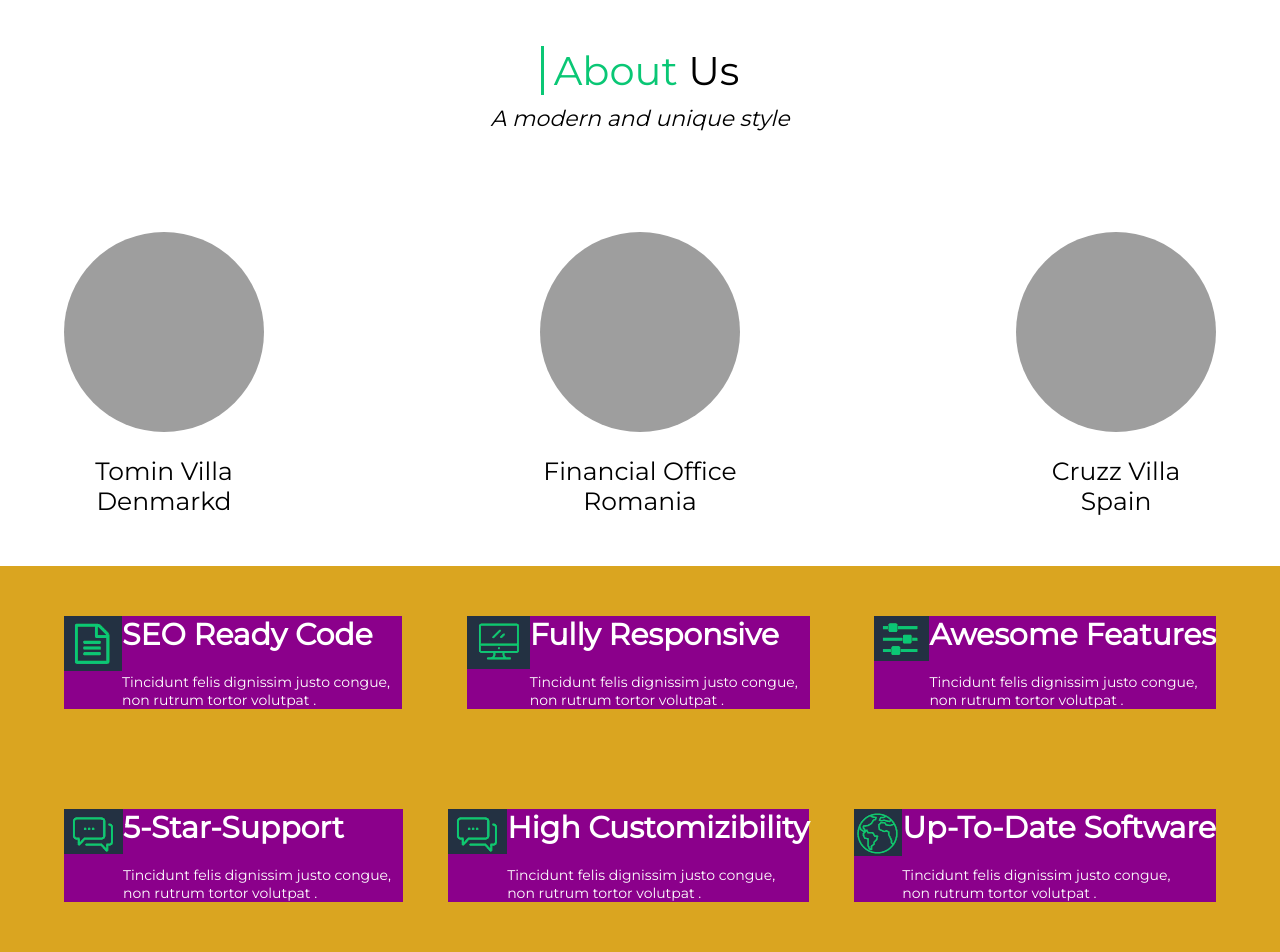
Repository: Yowani24/Real-Estate2
Page: index.html
The author's editor kept a copy of each file at every save. The page is drawn from the files as they stood at one save, then again after the next save.
The browser window is 1280 px wide. The pictures show the part of the page from y = 809 to 1761 px (the page is 1761 px tall before and 1733 px after).
Pictures or frames that could not be fetched are drawn as grey boxes. Some web fonts or font styles are not loaded; a fallback is used.

Above is the page before, as saved 2021-08-27 14:30:39.

### index.html
<!DOCTYPE html>
<html lang="en">
<head>
    <meta charset="UTF-8">
    <meta http-equiv="X-UA-Compatible" content="IE=edge">
    <meta name="viewport" content="width=device-width, initial-scale=1.0">
    <title>Real State</title>
    <link rel="stylesheet" href="styles.css">

    <!-- ============FONT-FAMILY============== -->
    <link rel="preconnect" href="https://fonts.googleapis.com">
    <link rel="preconnect" href="https://fonts.gstatic.com" crossorigin>
    <link href="https://fonts.googleapis.com/css2?family=Montserrat&family=Rozha+One&display=swap" rel="stylesheet">

    <!-- ======================VUELS CDN=================== -->
    <script src="https://cdn.jsdelivr.net/npm/vue@2"></script>

</head>
<body>
    <Header>
        <div class="interface_wrapper header_wrapper">
            <div class="logo_box">
                <img src="/images/realLogo.png" alt="">
                <p><span>Real</span> Estate</p>
            </div>

            <div class="menu">
                <nav>
                    <ul>
                        <li><a href="#">Home</a></li>
                        <li><a href="#">About</a></li>
                        <li><a href="#">Agents</a></li>
                        <li><a href="#">Price</a></li>
                        <li><a href="#">Blog</a></li>
                    </ul>
                </nav>
            </div>
        </div>
    </Header>

    <section class="showcase_sec">
        <div class="interface_wrapper showcase">
            <p>Give Life For Your <br/>Dream <span>Home</span></p>
            <p>Always on the lookout for the hi-tech advancements.  Build not only a product that can sell well, but a platform through which to deliver it.</p>

            <div class="btns_box">
                <button>Read more</button>
                <button>Contact Us</button>
            </div>
        </div>
    </section>

    <section class="about_us_sec">
        <div class="interface_wrapper about_us">
            <p><span>About</span> Us</p>
            <p>A modern and unique style </p>

            <div id="app">
                <div v-for="item in items">
                    <img :src="item.ima" alt="">
                    <p>{{item.desc}}</p>
                </div>
            </div>
        </div>
    </section>

    <section class="services_sec">
        <div id="services" class="interface_wrapper services">
            <div class="services_box" v-for="item in items">
                <img :src="item.ima" alt="">
                <div>
                    <h3>{{item.titulo}}</h3>
                    <p>{{item.desc}}</p>
                </div>
            </div>
        </div>
    </section>

    <script>
        var app = new Vue({
            el: '#app',
            data: {
                items: [
                    {ima:'https://images.unsplash.com/photo-1583231684537-bd79dc887244?ixlib=rb-1.2.1&ixid=MnwxMjA3fDB8MHxwaG90by1yZWxhdGVkfDZ8fHxlbnwwfHx8fA%3D%3D&auto=format&fit=crop&w=500&q=60', desc:'Tomin Villa Denmarkd'},
                    {ima:'https://images.unsplash.com/photo-1613490493576-7fde63acd811?ixlib=rb-1.2.1&ixid=MnwxMjA3fDB8MHxwaG90by1yZWxhdGVkfDV8fHxlbnwwfHx8fA%3D%3D&auto=format&fit=crop&w=500&q=60', desc:'Financial Office Romania'},
                    {ima:'https://images.unsplash.com/photo-1416331108676-a22ccb276e35?ixlib=rb-1.2.1&ixid=MnwxMjA3fDB8MHxwaG90by1yZWxhdGVkfDJ8fHxlbnwwfHx8fA%3D%3D&auto=format&fit=crop&w=500&q=60', desc:'Cruzz Villa Spain'},
                ]
            }
        });

        var app = new Vue({
            el: '#services',
            data: {
                items: [
                    {ima:'/images/SEO_Ready_Code.png', titulo:'SEO Ready Code', desc:'Tincidunt felis dignissim justo congue, non rutrum tortor volutpat .'},
                    {ima:'/images/Fully_Responsive.png', titulo:'Fully Responsive', desc:'Tincidunt felis dignissim justo congue, non rutrum tortor volutpat .'},
                    {ima:'/images/Awesome_Features.png', titulo:'Awesome Features', desc:'Tincidunt felis dignissim justo congue, non rutrum tortor volutpat .'},
                    {ima:'/images/5-Star-Support.png', titulo:'5-Star-Support', desc:'Tincidunt felis dignissim justo congue, non rutrum tortor volutpat .'},
                    {ima:'/images/5-Star-Support.png', titulo:'High Customizibility', desc:'Tincidunt felis dignissim justo congue, non rutrum tortor volutpat .'},
                    {ima:'/images/Up-To-Date Software.png', titulo:'Up-To-Date Software', desc:'Tincidunt felis dignissim justo congue, non rutrum tortor volutpat .'},

                ]
            }
        });

    </script>
</body>
</html>

### styles.css
*{
    margin: 0;
}

body{
    padding: 0;
    top: 0;
    left: 0;
    font-family: 'Montserrat', sans-serif;
}
.interface_wrapper{
    width: 90%;
    margin: 0 auto;
}

/* ======================HEADER======================= */
Header{
    background: rgb(5, 70, 66);
    color: #FFFFFF;
    padding: 10px 0;

}
.header_wrapper{
    display: flex;
    justify-content: space-between;
    align-items:center;
}
.logo_box{
    display: flex;
    align-items: center;
}
.logo_box p{
    font-size: 40px;
    font-weight: 400;
    font-family: 'Rozha One', serif;

}
.logo_box span{
    color: rgb(10, 199, 117);
}
Header .menu nav ul{
    display: flex;
    padding: 0;
}
Header .menu nav li{
    list-style: none;
    margin: 0 20px;
}
Header .menu nav a{
    text-decoration: none;
    color: #FFFFFF;
    font-size: 19px;

}

/* ======================SHOWCASE_SECTION======================= */
.showcase_sec{
    padding-top: 150px;
    padding-bottom: 100px;
    background-image: url('https://images.unsplash.com/photo-1544890603-cf0ce2d65561?ixlib=rb-1.2.1&ixid=MnwxMjA3fDB8MHxwaG90by1wYWdlfHx8fGVufDB8fHx8&auto=format&fit=crop&w=750&q=80');
    background-repeat: no-repeat;
    background-position: center;
    background-size: cover;
}
.showcase p:nth-child(1) {
    font-size: 85px;
    font-family: 'Rozha One', serif;
    width: 800px;
    border-left: 3px solid rgb(10, 199, 117);
    padding-left: 10px;
    line-height: 1;
    margin: 0 auto;
    color: #FFFFFF;

}
.showcase p:nth-child(1) span {
    color: rgb(10, 199, 117);
}

.showcase p:nth-child(2) {
    font-size: 16px;
    color: rgb(255, 255, 255);
    width: 650px;
    line-height: 2;
    margin-top: 75px;
}

.btns_box{
    margin-top: 40px;
}
.btns_box button {
    border: 2px solid rgb(10, 199, 117);
    padding: 0 45px;
    height: 55px;
    font-size: 16px;
    border-radius: 50px;
    font-weight: 500;
    color: #FFFFFF;
    line-height: 19px;
    cursor: pointer;
}

.btns_box button:nth-child(1) {
    background: rgb(10, 199, 117);
}
.showcase button:nth-child(2) {
    color:#FFFFFF;
    margin-left: 10px;
    background: none;
}


/* ======================ABOUT US======================= */
.about_us_sec{
    padding-bottom: 50px;
}
.about_us {
    display: flex;
    flex-direction: column;
}
.about_us p:nth-child(1) {
    font-size: 40px;
    border-left: 3px solid rgb(10, 199, 117);
    padding-left: 10px;
    margin: 0 auto;
    margin-top: 100px;
    margin-bottom: 10px;

}
.about_us p:nth-child(1) span {
    color: rgb(10, 199, 117);
}

.about_us p:nth-child(2) {
    font-size: 22px;
    font-style: italic;
    text-align: center;
    margin-bottom: 100px;
}

#app{
    display: flex;
    align-items: center;
    justify-content: space-between;
    width: 100%;
}
#app img{
    width: 200px;
    height: 200px;
    border-radius:100%;
}
#app p{
    text-align: center;
    font-size: 25px;
    width: 200px;
    margin: 0 auto;
    margin-top: 20px;
    font-style: normal;
}


/* ======================SERVICES======================= */

.services_sec{
    background: goldenrod;
    color: rgb(255, 255, 255);
}
.services{
    display: flex;
    flex-wrap: wrap;
    justify-content: space-between;
}
.services_box{
    display: flex;
    background: darkmagenta;
    margin: 50px 0;
    align-items: flex-start;
}
.services_box h3{
    font-size: 30px;
}
.services_box p{
    font-size: 14px;
    width: 280px;
    margin-top: 20px;
}

After the next save:
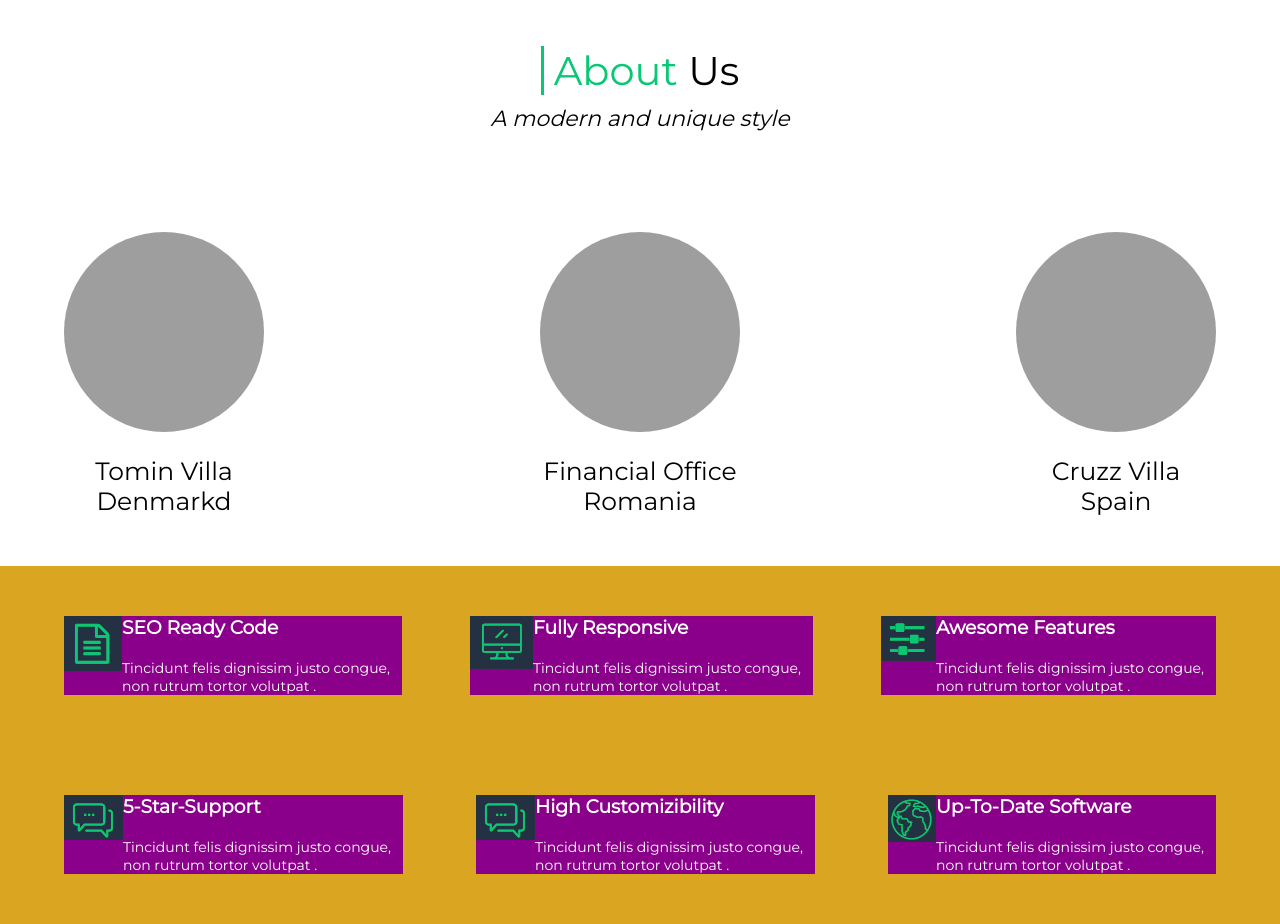
Saved 5 s later.
--- a/styles.css
+++ b/styles.css
@@ -176,7 +176,7 @@ Header .menu nav a{
     margin: 50px 0;
     align-items: flex-start;
 }
-.services_box h3{
+.services_box h5{
     font-size: 30px;
 }
 .services_box p{

After the save that followed:
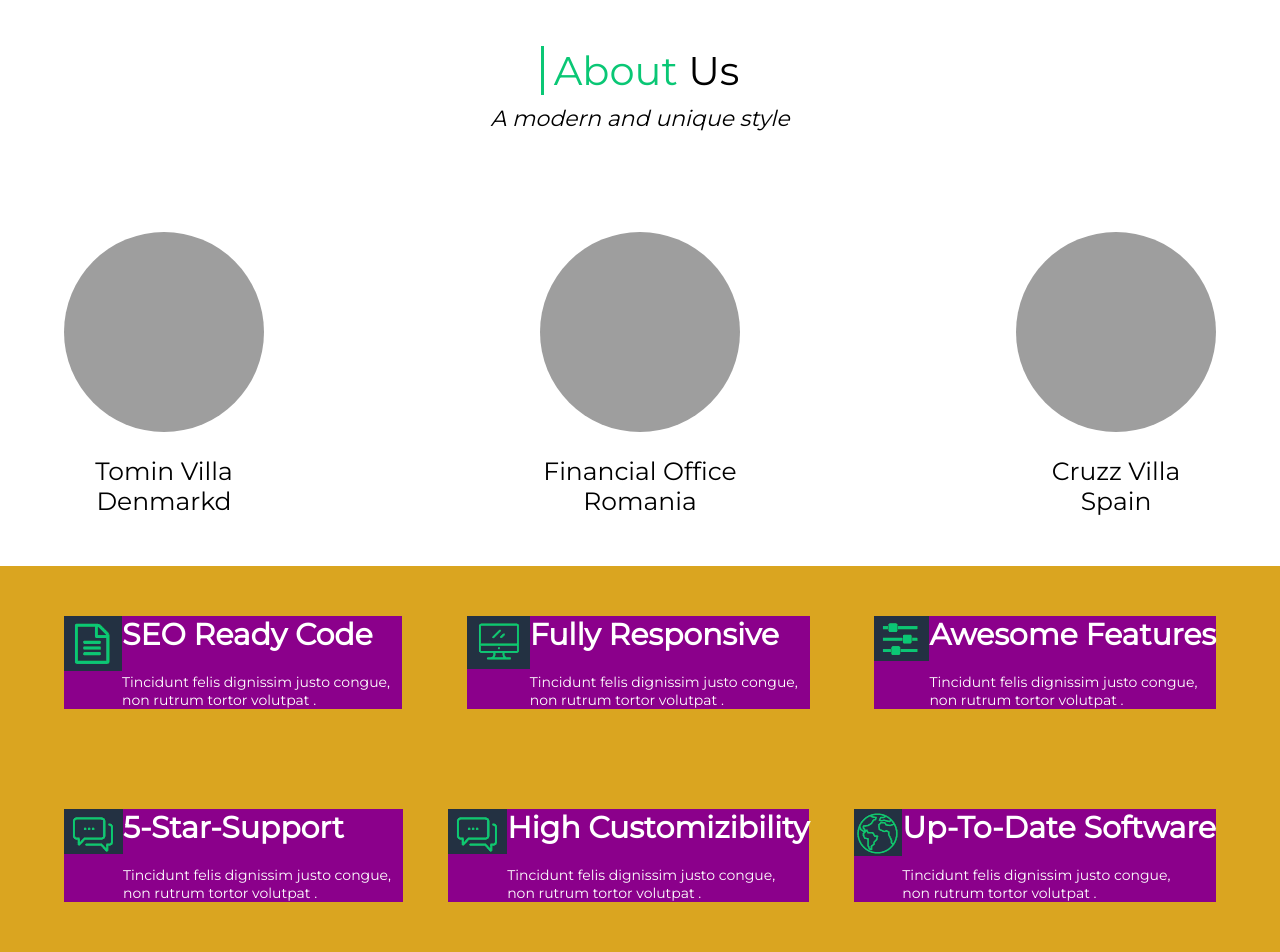
Saved 4 s later.
--- a/index.html
+++ b/index.html
@@ -69,7 +69,7 @@
             <div class="services_box" v-for="item in items">
                 <img :src="item.ima" alt="">
                 <div>
-                    <h3>{{item.titulo}}</h3>
+                    <h5>{{item.titulo}}</h5>
                     <p>{{item.desc}}</p>
                 </div>
             </div>
